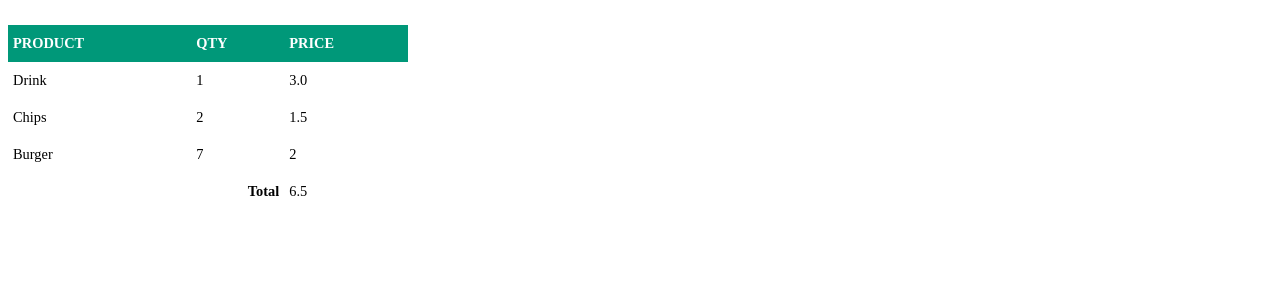
Repository: linas-dev/HTML-CSS-Projects
Page: Basic_HTML_and_CSS/HTML_Table.html
An editor plug-in stored every save of this project. The page is shown before and after the next save, followed by the edit.
The browser window is 1280 px wide. The pictures show the whole page.

Above is the page before, as saved 2021-05-30 10:17:44.

### Basic_HTML_and_CSS/HTML_Table.html
<!DOCTYPE html>
<html lang="en">
<head>
    <meta charset="UTF-8">
    <meta http-equiv="X-UA-Compatible" content="IE=edge">
    <meta name="viewport" content="width=device-width, initial-scale=1.0">
    <link rel="stylesheet" href="Basic_CSS_2.css">
    <title>Document</title>
</head>
<body>
    <table class="table">
        <thead>
            <tr>
                <td><b>PRODUCT</b></td>
                <td><b>QTY</b></td>
                <td><b>PRICE</b></td>
            </tr>
        </thead>
        <tbody>
            <tr>
                <td>Drink</td>
                <td>1</td>
                <td>3.0</td>
            </tr>
            <tr>
                <td>Chips</td>
                <td>2</td>
                <td>1.5</td>
            </tr>
            <tr>
                <td>Burger</td>
                <td>7</td>
                <td>2</td>
            </tr>
        </tbody>
        <tfoot>
            <tr>
                <td colspan="2" align="right"><b>Total</b></td>
                <td>6.5</td>
            </tr>
        </tfoot>
</body>
</html>

### Basic_HTML_and_CSS/Basic_CSS_2.css
p {
    color: #2E5757;
    background: #F0DFEE;
    font-weight: bolder;
    text-align: right;
}

.table {
    border-collapse: collapse;
    margin: 25px 0;
    font-size: 0.9em;
    min-width: 400px;
}

.table thead tr {
    background-color: #009879;
    color: #fff;
    text-align: left;
    font-weight: bold;
}

.table th, .table td {
    padding: 10px 5px;
}

After the next save:
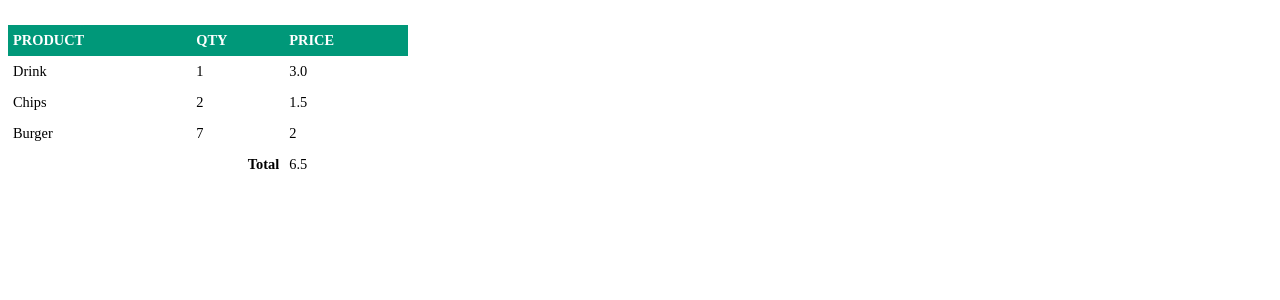
Saved 4 s later.
--- a/Basic_HTML_and_CSS/Basic_CSS_2.css
+++ b/Basic_HTML_and_CSS/Basic_CSS_2.css
@@ -20,5 +20,5 @@ p {
 }
 
 .table th, .table td {
-    padding: 10px 5px;
+    padding: 7px 5px;
 }
